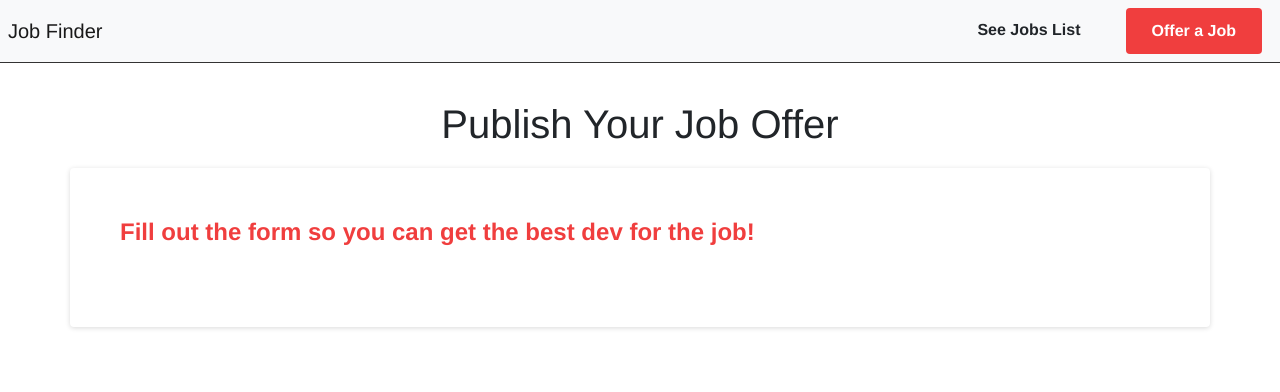
Repository: doncsar/couse-jobfinder-app
Page: templates/add.html
These files come from the project's save history. The page is drawn as it stood at one moment and after a run of saves; the edit follows.
The browser window is 1280 px wide. The pictures show the whole page.

Above is the page before, as saved 2023-12-20 20:19:18.

After the next 2 saves:
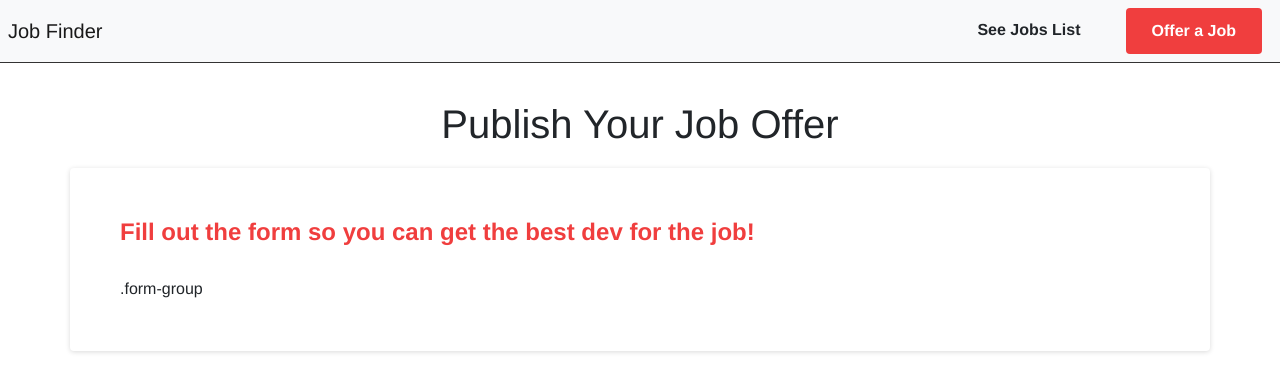
The 2 saves are shown as one change because they came seconds apart.
The last was saved 14 s later.
--- a/templates/add.html
+++ b/templates/add.html
@@ -51,7 +51,7 @@
             <div id="form-box" class="col-md-12">
                <h2>Fill out the form so you can get the best dev for the job!</h2>
                <form action="">
-
+                  .form-group
                </form>
             </div>
          </div>
